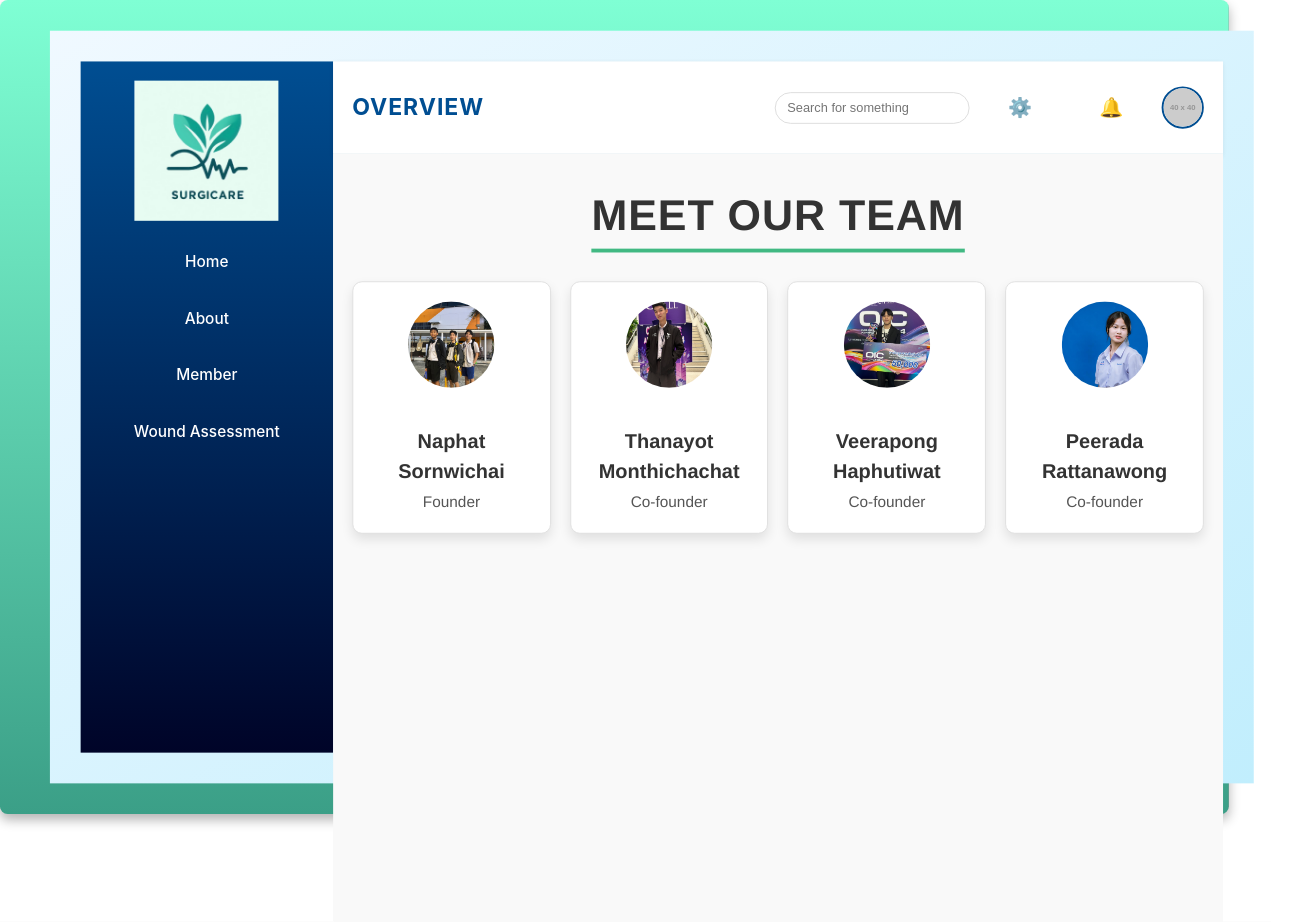
Repository: Jinwoo290350/Surgicare-Vue
Page: /member (app in surgicare/)
The author's editor kept a copy of each file at every save. The page is drawn from the files as they stood at one save, then again after the next save.
The browser window is 1280 px wide. The page is 1338 px wide, then 1364 px, so the pictures cover 1364 px, including what lies to the right of the window. The pictures show the whole page, at 96% of full size.
The project was rebuilt for these pictures with package versions that can differ from the ones it lists, and the page was loaded fresh each time. Also part of the build but not shown: surgicare/vite.config.js, surgicare/src/views/Home.vue, surgicare/src/views/About.vue, surgicare/src/components/WoundAssessment.vue.

Above is the page before, as saved 2024-12-30 14:31:36.
Console error: TypeError: Cannot read properties of null (reading 'getContext')

### surgicare/index.html
<!doctype html>
<html lang="en">
  <head>
    <meta charset="UTF-8" />
    <link rel="icon" type="image/svg+xml" href="/vite.svg" />
    <meta name="viewport" content="width=device-width, initial-scale=1.0" />
    <title>Vite + Vue</title>
  </head>
  <body>
    <div id="app"></div>
    <script type="module" src="/src/main.js"></script>
  </script>
  <link href="https://fonts.googleapis.com/css2?family=Roboto:wght@400;500;700&display=swap" rel="stylesheet">

  <script type="text/javascript" src="./src/star.js"></script>
  </body>
</html>

### surgicare/src/main.js
import { createApp } from 'vue'
import './style.css'
import App from './App.vue'
import router from "./router";

createApp(App).use(router).mount("#app");

### surgicare/src/style.css
:root {
  font-family: Inter, system-ui, Avenir, Helvetica, Arial, sans-serif;
  line-height: 1.5;
  font-weight: 400;
  color-scheme: light dark;
  color: rgba(255, 255, 255, 0.87);
  background-color: #242424; /* Keeping the same background, just a bit darker */
  font-synthesis: none;
  text-rendering: optimizeLegibility;
  -webkit-font-smoothing: antialiased;
  -moz-osx-font-smoothing: grayscale;
}

a {
  font-weight: 500;
  text-decoration: inherit;
  transition: color 0.3s ease-in-out;
}
a:hover {
  color: #535bf2; /* Keep the same blue hover effect */
}

body {
  margin: 0;
  display: flex;
  place-items: center;
  min-width: 320px;
  min-height: 100vh;
  padding-left: 20px;
  padding-right: 20px;
  background-color: #1f2d29; /* Darkened background color */
  background-image: linear-gradient(to top, #3b9f87, #7FFFD4); /* Keep the original gradient, just darker */
  background-repeat: repeat-x;
  filter: progid:DXImageTransform.Microsoft.gradient(startColorstr='#3b9f87', endColorstr='#7FFFD4', GradientType=0);
  border-radius: 8px;
  box-shadow: 0 6px 12px rgba(0, 0, 0, 0.3); /* Stronger shadow for depth */
}

h1 {
  font-size: 3.2em;
  line-height: 1.1;
  color: #fff;
  text-transform: uppercase;
  letter-spacing: 1px;
  margin-bottom: 0.5em;
  transition: transform 0.3s ease-in-out;
}
h1:hover {
  transform: scale(1.05); /* Slightly enlarges title on hover */
}

button {
  border-radius: 8px;
  border: 1px solid transparent;
  padding: 0.8em 1.5em;
  font-size: 1em;
  font-weight: 500;
  font-family: inherit;
  background-color: #333; /* Slightly darker button background */
  color: white;
  cursor: pointer;
  transition: all 0.3s ease;
}
button:hover {
  border-color: #646cff;
  background-color: #444; /* Darker hover effect */
  transform: translateY(-2px); /* Lift effect on hover */
}
button:focus,
button:focus-visible {
  outline: 4px auto -webkit-focus-ring-color;
}

.card {
  padding: 2em;
  background-color: #2a2a2a; /* Darkened card background */
  border-radius: 12px;
  box-shadow: 0 4px 10px rgba(0, 0, 0, 0.4); /* Darker shadow for cards */
  transition: transform 0.3s ease;
}
.card:hover {
  transform: translateY(-5px); /* Slight lift effect on hover */
}

#app {
  max-width: 1280px;
  margin: 0 auto;
  padding: 2rem;
  text-align: center;
}

/* Media Query for Small Screens (Mobile) */
@media (max-width: 768px) {
  body {
    padding-left: 15px;
    padding-right: 15px;
  }

  h1 {
    font-size: 2.4em; /* Slightly smaller title for mobile screens */
  }

  button {
    padding: 0.6em 1.2em;
    font-size: 1em;
  }

  .card {
    padding: 1.5em;
  }

  #app {
    padding: 1.5rem;
  }
}

/* Light Mode Styles */
@media (prefers-color-scheme: light) {
  :root {
    color: #213547;
    background-color: #ffffff;
  }
  a:hover {
    color: #747bff;
  }
  button {
    background-color: #f9f9f9;
    color: #333;
  }
  .card {
    background-color: #f5f5f5;
    box-shadow: 0 2px 6px rgba(0, 0, 0, 0.1);
  }
}

### surgicare/src/App.vue
<template>
  <div id="app" class="app-container">
    <aside class="sidebar">
      <img src="/Users/frank/Vscode/Vue/surgicare/public/Icon_surgicare.png" alt="Logo" class="logo" />
      <nav class="menu">
        <router-link to="/">Home</router-link>
        <router-link to="/about">About</router-link>
        <router-link to="/member">Member</router-link>
        <router-link to="/wound-assessment">Wound Assessment</router-link>
      </nav>
    </aside>

    <main class="main-content">
      <header class="header">
        <h1>Overview</h1>
        <div class="header-tools">
          <input type="text" placeholder="Search for something" class="search-box" />
          <button class="settings-btn">⚙️</button>
          <button class="notifications-btn">🔔</button>
          <img src="https://via.placeholder.com/40" alt="Profile" class="profile-pic" />
        </div>
      </header>
        <router-view />
    </main>
  </div>
</template>

<script>
export default {
  name: "DashboardPage",
};
</script>

<style scoped>
/* General Styles */
body {
  margin: 0;
  font-family: 'Poppins', Arial, sans-serif;
}

.app-container {
  display: flex;
  height: 100vh;
  background: linear-gradient(to bottom right, #f0f9ff, #c1eefd);
}

.sidebar {
  width: 250px;
  background: linear-gradient(to bottom, #004e92, #000428);
  color: white;
  padding: 20px;
  display: flex;
  flex-direction: column;
  align-items: center;
}

.logo {
  width: 100%;
  max-width: 150px;
  margin-bottom: 20px;
}

.menu a {
  text-decoration: none;
  color: white;
  font-size: 16px;
  margin-bottom: 15px;
  display: block;
  text-align: center;
  padding: 10px 15px;
  border-radius: 8px;
  transition: background 0.3s, transform 0.3s;
}

.menu a:hover {
  background: rgba(255, 255, 255, 0.2);
  transform: scale(1.05);
}

.main-content {
  flex-grow: 1;
  display: flex;
  flex-direction: column;
}

.header {
  display: flex;
  justify-content: space-between;
  align-items: center;
  padding: 20px;
  background: white;
  box-shadow: 0 2px 5px rgba(0, 0, 0, 0.1);
}

.header h1 {
  font-size: 24px;
  color: #004e92;
  margin: 0;
}

.header-tools {
  display: flex;
  align-items: center;
}

.search-box {
  padding: 8px 12px;
  border: 1px solid #ddd;
  border-radius: 25px;
  margin-right: 10px;
  outline: none;
  transition: box-shadow 0.3s;
}

.search-box:focus {
  box-shadow: 0 0 10px rgba(0, 78, 146, 0.5);
}

.settings-btn,
.notifications-btn {
  background: none;
  border: none;
  font-size: 20px;
  color: #555;
  margin-right: 10px;
  cursor: pointer;
}

.profile-pic {
  width: 40px;
  height: 40px;
  border-radius: 50%;
  border: 2px solid #004e92;
}

.content-area {
  flex-grow: 1;
  background: linear-gradient(to bottom right, #e6f7f9, #ffffff);
  display: flex;
  justify-content: center;
  align-items: center;
  position: relative;
}

.placeholder {
  width: 80%;
  height: 80%;
  background: rgba(255, 255, 255, 0.8);
  border-radius: 20px;
  box-shadow: 0 4px 20px rgba(0, 0, 0, 0.1);
  display: flex;
  justify-content: center;
  align-items: center;
  font-size: 28px;
  color: #004e92;
  font-weight: bold;
  text-align: center;
}
</style>

### surgicare/src/router/index.js
import { createRouter, createWebHistory } from "vue-router";
import Home from "../views/Home.vue";
import About from "../views/About.vue";
import Member from '../views/Member.vue';
import WoundAssessment from "../components/WoundAssessment.vue";

const routes = [
  { path: "/", name: "Home", component: Home },
  { path: "/about", name: "About", component: About },
  {
    path: "/member",
    name: "Member",
    component: Member,
  },
  { path: "/wound-assessment", name: "WoundAssessment", component: WoundAssessment },
];

const router = createRouter({
  history: createWebHistory(),
  routes,
});

export default router;

### surgicare/src/views/Member.vue
<template>
  <div id="team-page">
    <div class="team-header">
      <h1>Meet Our Team</h1>
    </div>
    <!-- Member Cards -->
    <div class="member-cards">
      <div
        class="member-card"
        v-for="(member, index) in members"
        :key="index"
        @click="selectMember(member)"
      >
        <img :src="member.photo" :alt="member.name" class="member-photo" />
        <div class="member-info">
          <h2>{{ member.name }}</h2>
          <p>{{ member.role }}</p>
        </div>
      </div>
    </div>

    <!-- Member Details Modal -->
    <div v-if="selectedMember" class="member-details">
      <div class="details-content">
        <h2>{{ selectedMember.name }}</h2>
        <p><strong>Role:</strong> {{ selectedMember.role }}</p>
        <p>{{ selectedMember.bio }}</p>
        <button @click="closeDetails">Close</button>
      </div>
    </div>
  </div>
</template>

<script>
export default {
  data() {
    return {
      members: [
        {
          name: "Naphat Sornwichai",
          role: "Founder",
          photo: "Pogus.jpg",
          bio: "Founder of Surgicare.",
        },
        {
          name: "Thanayot Monthichachat",
          role: "Co-founder",
          photo: "Zoe.jpg",
          bio: "Co-founder of Surgicare.",
        },
        {
          name: "Veerapong Haphutiwat",
          role: "Co-founder",
          photo: "Frank.jpg",
          bio: "Co-founder of Surgicare.",
        },
        {
          name: "Peerada Rattanawong",
          role: "Co-founder",
          photo: "bio.jpg",
          bio: "Co-founder of Surgicare.",
        },
      ],
      selectedMember: null,
    };
  },
  methods: {
    selectMember(member) {
      this.selectedMember = member;
    },
    closeDetails() {
      this.selectedMember = null;
    },
  },
};
</script>

<style scoped>
/* Main Page Styles */
#team-page {
  padding: 40px 20px;
  font-family: 'Helvetica Neue', sans-serif;
  background-color: #f9f9f9;
  min-height: 100vh;
  display: flex;
  flex-direction: column;
  align-items: center;
}

.team-header {
  margin-bottom: 30px;
  text-align: center;
}

.team-header h1 {
  font-size: 2.8em;
  font-weight: bold;
  color: #333;
  text-transform: uppercase;
  border-bottom: 4px solid #42b983;
  padding-bottom: 10px;
  margin: 0 auto;
}

/* Member Cards */
.member-cards {
  display: grid;
  grid-template-columns: repeat(auto-fit, minmax(200px, 1fr)); /* Responsive grid */
  gap: 20px;
  max-width: 1000px; /* Limit width for layout consistency */
  width: 100%;
}

.member-card {
  cursor: pointer;
  border: 1px solid #e0e0e0;
  border-radius: 10px;
  padding: 20px;
  background-color: #fff;
  box-shadow: 0 6px 12px rgba(0, 0, 0, 0.1);
  transition: transform 0.3s ease, box-shadow 0.3s ease;
  text-align: center;
}

.member-card:hover {
  transform: translateY(-5px);
  box-shadow: 0 10px 20px rgba(0, 0, 0, 0.15);
}

.member-photo {
  width: 90px;
  height: 90px;
  object-fit: cover;
  border-radius: 50%;
  margin: 0 auto 15px;
  transition: transform 0.3s ease;
}

.member-card:hover .member-photo {
  transform: scale(1.1);
}

.member-info h2 {
  font-size: 1.3em;
  font-weight: 600;
  color: #333;
  margin-bottom: 5px;
}

.member-info p {
  font-size: 1em;
  color: #555;
  margin: 0;
}

/* Member Details Modal */
.member-details {
  position: fixed;
  top: 0;
  left: 0;
  width: 100%;
  height: 100%;
  background: rgba(0, 0, 0, 0.6);
  display: flex;
  justify-content: center;
  align-items: center;
  z-index: 1000;
  animation: fadeIn 0.3s ease-in-out;
}

.details-content {
  background: #fff;
  padding: 25px;
  border-radius: 8px;
  text-align: center;
  width: 90%;
  max-width: 400px;
  box-shadow: 0 8px 16px rgba(0, 0, 0, 0.25);
  animation: slideIn 0.3s ease-out;
}

.details-content h2 {
  font-size: 1.8em;
  font-weight: 700;
  color: #333;
  margin-bottom: 15px;
}

.details-content p {
  font-size: 1em;
  color: #555;
  margin-bottom: 20px;
}

button {
  padding: 10px 20px;
  background-color: #42b983;
  color: white;
  border: none;
  border-radius: 5px;
  cursor: pointer;
  font-size: 1em;
  transition: background-color 0.3s ease;
}

button:hover {
  background-color: #369a6c;
}

/* Animations */
@keyframes fadeIn {
  from {
    opacity: 0;
  }
  to {
    opacity: 1;
  }
}

@keyframes slideIn {
  from {
    transform: translateY(-30px);
  }
  to {
    transform: translateY(0);
  }
}
</style>

### surgicare/src/star.js
const canvas = document.querySelector('canvas')
const c = canvas.getContext('2d')

canvas.width = innerWidth
canvas.height = innerHeight

window.addEventListener("resize", function() {
    canvas.width = window.innerWidth;
    canvas.height = window.innerHeight;
    init()
})
function Star(x, y, radius, color) {
    this.x = x
    this.y = y
    this.radius = radius
    this.color = color
    this.velocity = {
        x: (Math.random() - 0.5) * 8,
        y: 3
    }
    this.friction = 0.8
    this.gravity = 1
}

Star.prototype.draw = function() {
    c.save()
    c.beginPath()
    c.arc(this.x, this.y, this.radius, 0, Math.PI * 2, false)
    c.fillStyle = this.color
    c.shadowColor = '#E3EAEF'
    c.shadowBlur = 20
    c.fill()
    c.closePath()
    c.restore()
}

Star.prototype.update = function() {
    this.draw()

    //When ball hits bottom of screen
    if(this.y + this.radius + this.velocity.y > canvas.height - groundHeight){
        this.velocity.y = -this.velocity.y * this.friction
        this.shatter()
    }
    else{
        this.velocity.y += this.gravity
    }

    //Hits side of screen
    if(this.x + this.radius + this.velocity.x > canvas.width || this.x - this.radius <= 0){
        this.velocity.x = -this.velocity.x * this.friction
        this.shatter()
    }

    this.x += this.velocity.x
    this.y += this.velocity.y

}

Star.prototype.shatter = function(){
    this.radius -= 3
    for(let i = 0; i < 8; i++){
        miniStars.push(new MiniStar(this.x, this.y, 2))
    }

}

function MiniStar(x, y, radius, color){
    Star.call(this, x, y, radius, color)
    this.velocity = {
        x: (Math.random() - 0.5) * 10,
        y: (Math.random() - 0.5) * 30
    }
    this.friction = 0.8
    this.gravity = 0.1
    this.ttl = 100
    this.opacity = 1
}

MiniStar.prototype.draw = function() {
    c.save()
    c.beginPath()
    c.arc(this.x, this.y, this.radius, 0, Math.PI * 2, false)
    c.fillStyle = `rgba(227,234, 239, ${this.opacity})`
    c.shadowColor = '#E3EAEF'
    c.shadowBlur = 20
    c.fill()
    c.closePath()
    c.restore()
}

MiniStar.prototype.update = function() {
    this.draw()

    if(this.y + this.radius + this.velocity.y > canvas.height - groundHeight){
        this.velocity.y = -this.velocity.y * this.friction
    }
    else{
        this.velocity.y += this.gravity
    }

    this.x += this.velocity.x
    this.y += this.velocity.y
    this.ttl -= 1
    this.opacity -= 0.0001 * this.ttl
}

function creatMountainRange(mountainAmount, height, color){
    for(let i = 0; i < mountainAmount; i++){
        const mountainWidth = canvas.width / mountainAmount
        c.beginPath()
        c.moveTo(i * mountainWidth, canvas.height)
        c.lineTo(i * mountainWidth + mountainWidth + 0.2*canvas.height, canvas.height)
        c.lineTo(i * mountainWidth + mountainWidth / 2, canvas.height - height)
        c.lineTo(i * mountainWidth - 0.2*canvas.height, canvas.height)
        c.fillStyle = color
        c.fill()
        c.closePath()
    }
}

// Implementation
const backgroundGradient = c.createLinearGradient(0, 0, canvas.width, canvas.height)
backgroundGradient.addColorStop(0, '#171e26')
backgroundGradient.addColorStop(1, '#3f586b')

let stars
let miniStars
let backgroundStars
let ticker = 0
let randomSpawnRate = 75
const groundHeight = 0.09 * canvas.height
let inf = 1e9
function init() {
    stars = []
    miniStars = []
    backgroundStars = []

    for(let i = 0; i < 200; i++){
        const x = Math.random() * canvas.width
        const y = Math.random() * canvas.height
        const radius = Math.random() * 3
        backgroundStars.push(new Star(x, y, radius, 'white'))
    }
}

// Animation Loop
function animate() {
    c.clearRect(0, 0, 0, canvas.height)
    c.fillStyle = backgroundGradient
    c.fillRect(0, 0, canvas.width, canvas.height)

    backgroundStars.forEach(backgroundStar => {
        backgroundStar.draw()
    })

    if(flag) creatMountainRange(1, canvas.height * 0.7, '#384551')
    if(flag) creatMountainRange(2, canvas.height * 0.6, '#2B3843')
    if(flag) creatMountainRange(3, canvas.height * 0.4, '#26333E')
    c.fillStyle = '#182028'
    c.fillRect(0, canvas.height - groundHeight, canvas.width, groundHeight)
    stars.forEach((star, index) => {
        star.update();
        if(star.radius == 0){
            stars.splice(index, 1)
        }
    });

    miniStars.forEach((miniStar, index) => {
        miniStar.update();
        if(miniStar.ttl == 0){
            miniStars.splice(index, 1)
        }
    });

    ticker++
    if(ticker >= inf){
        ticker = 0
    }
    if(ticker % randomSpawnRate == 0){
        const radius = 9
        const x = Math.max(radius, Math.random() * canvas.width - radius)
        stars.push(new Star(x, -100, 9, '#E3EAEF'))
        randomSpawnRate = Math.floor(Math.random() * (200 - 125 + 1) + 125)
    }

    requestAnimationFrame(animate)
}

init()
animate()

After the next save:
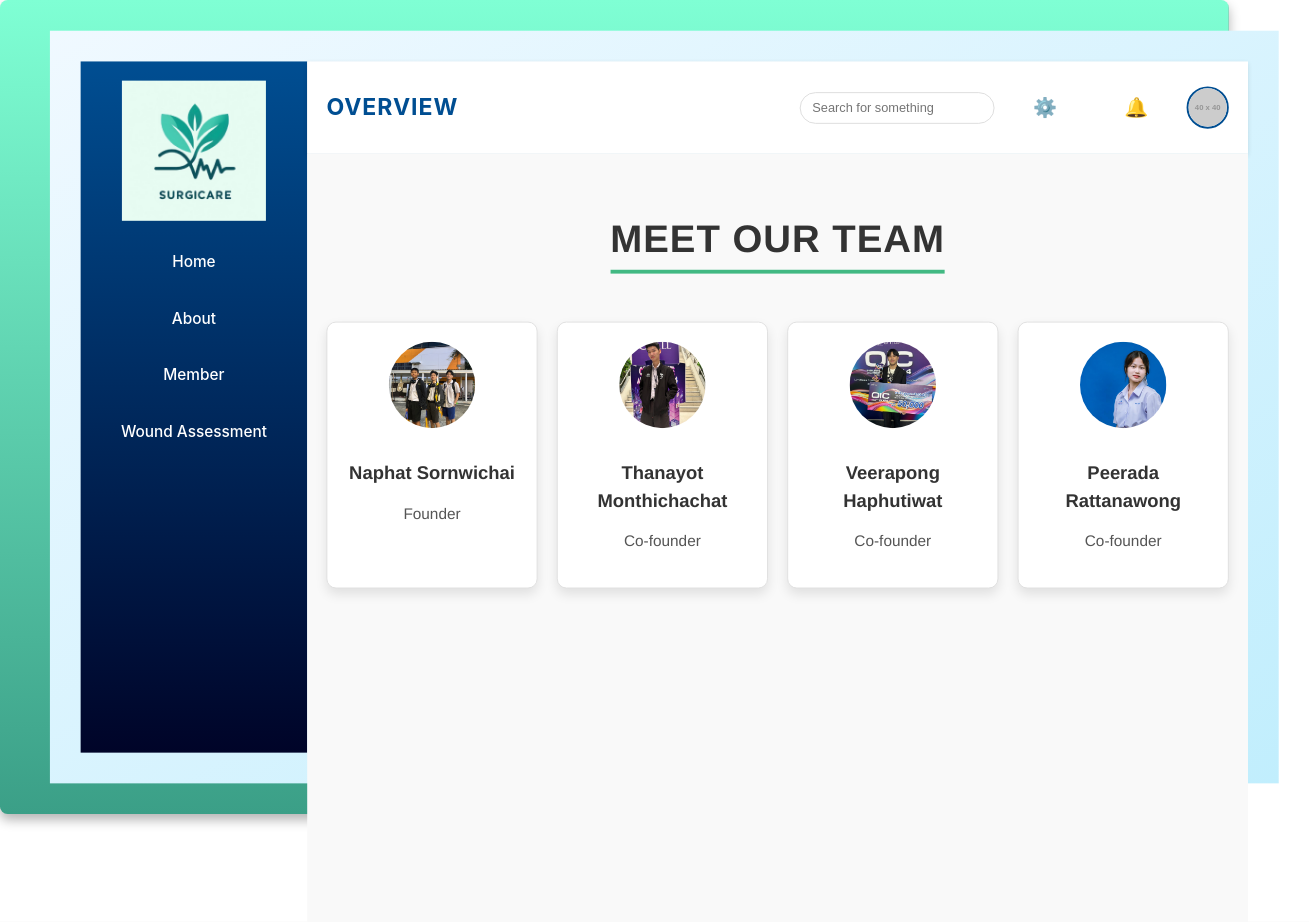
Saved 76 s later.
--- a/surgicare/src/views/Member.vue
+++ b/surgicare/src/views/Member.vue
@@ -76,7 +76,6 @@ export default {
 </script>
 
 <style scoped>
-/* Main Page Styles */
 #team-page {
   padding: 40px 20px;
   font-family: 'Helvetica Neue', sans-serif;
@@ -93,21 +92,20 @@ export default {
 }
 
 .team-header h1 {
-  font-size: 2.8em;
+  font-size: 2.5rem;
   font-weight: bold;
   color: #333;
   text-transform: uppercase;
   border-bottom: 4px solid #42b983;
   padding-bottom: 10px;
-  margin: 0 auto;
-}
-
-/* Member Cards */
+}
+
+/* Adjust grid layout for better responsiveness */
 .member-cards {
   display: grid;
-  grid-template-columns: repeat(auto-fit, minmax(200px, 1fr)); /* Responsive grid */
+  grid-template-columns: repeat(auto-fit, minmax(220px, 1fr)); /* Resize dynamically */
   gap: 20px;
-  max-width: 1000px; /* Limit width for layout consistency */
+  max-width: 960px; /* Limit total width */
   width: 100%;
 }
 
@@ -132,7 +130,7 @@ export default {
   height: 90px;
   object-fit: cover;
   border-radius: 50%;
-  margin: 0 auto 15px;
+  margin: 0 auto 10px;
   transition: transform 0.3s ease;
 }
 
@@ -141,19 +139,17 @@ export default {
 }
 
 .member-info h2 {
-  font-size: 1.3em;
-  font-weight: 600;
+  font-size: 1.2rem;
+  font-weight: bold;
   color: #333;
-  margin-bottom: 5px;
 }
 
 .member-info p {
-  font-size: 1em;
+  font-size: 1rem;
   color: #555;
-  margin: 0;
-}
-
-/* Member Details Modal */
+}
+
+/* Ensure the modal doesn't overflow the screen */
 .member-details {
   position: fixed;
   top: 0;
@@ -165,7 +161,6 @@ export default {
   justify-content: center;
   align-items: center;
   z-index: 1000;
-  animation: fadeIn 0.3s ease-in-out;
 }
 
 .details-content {
@@ -176,20 +171,19 @@ export default {
   width: 90%;
   max-width: 400px;
   box-shadow: 0 8px 16px rgba(0, 0, 0, 0.25);
-  animation: slideIn 0.3s ease-out;
 }
 
 .details-content h2 {
-  font-size: 1.8em;
+  font-size: 1.8rem;
   font-weight: 700;
   color: #333;
   margin-bottom: 15px;
 }
 
 .details-content p {
-  font-size: 1em;
+  font-size: 1rem;
   color: #555;
-  margin-bottom: 20px;
+  margin-bottom: 15px;
 }
 
 button {
@@ -199,30 +193,11 @@ button {
   border: none;
   border-radius: 5px;
   cursor: pointer;
-  font-size: 1em;
+  font-size: 1rem;
   transition: background-color 0.3s ease;
 }
 
 button:hover {
   background-color: #369a6c;
 }
-
-/* Animations */
-@keyframes fadeIn {
-  from {
-    opacity: 0;
-  }
-  to {
-    opacity: 1;
-  }
-}
-
-@keyframes slideIn {
-  from {
-    transform: translateY(-30px);
-  }
-  to {
-    transform: translateY(0);
-  }
-}
 </style>
